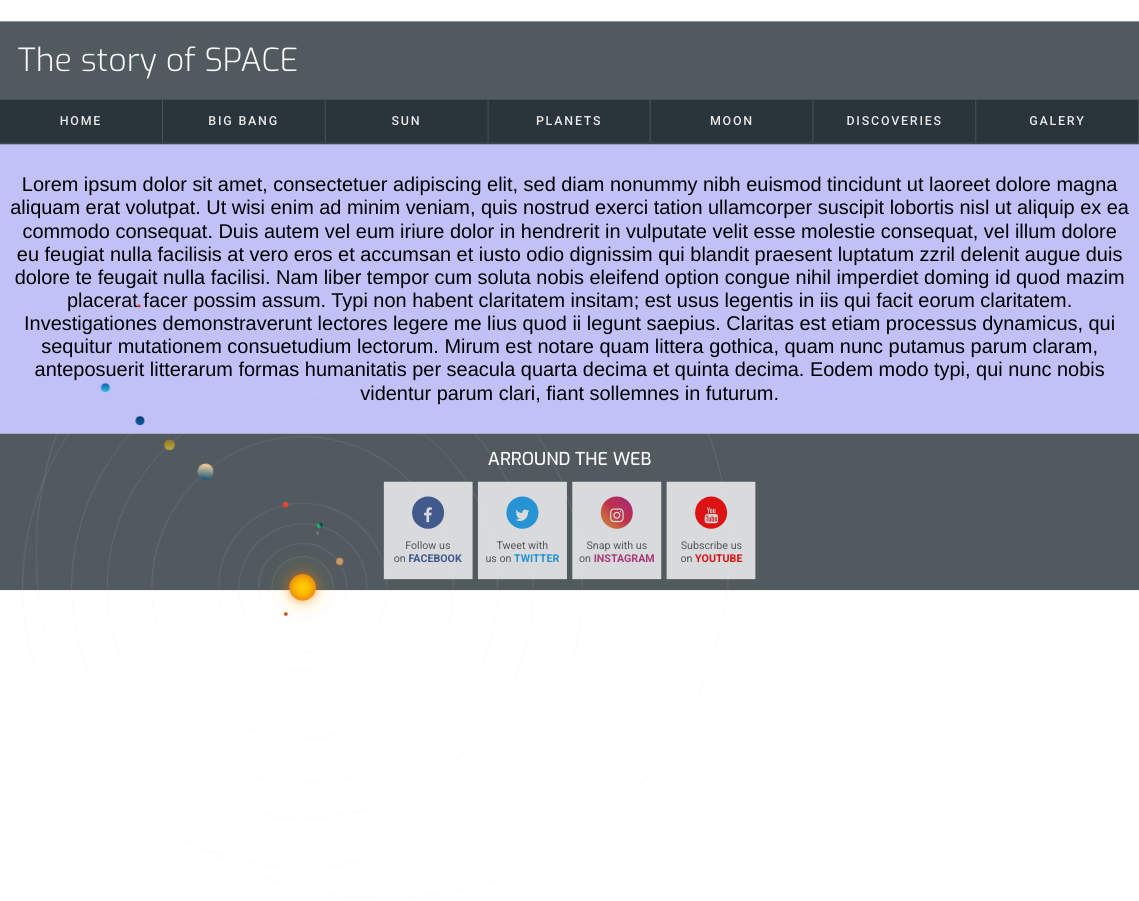
Repository: OlaQla/First-Milestones-Project
Page: index.html
The author's editor kept a record of every edit. The page is drawn from the files as they stood at one moment, then again after the next edit.
The browser window is 1280 px wide. The pictures show the whole page, at 89% of full size.
Backgrounds fixed to the window are drawn as part of the page. Some web libraries are served in a nearby version.

Above is the page before.

After the next edit:
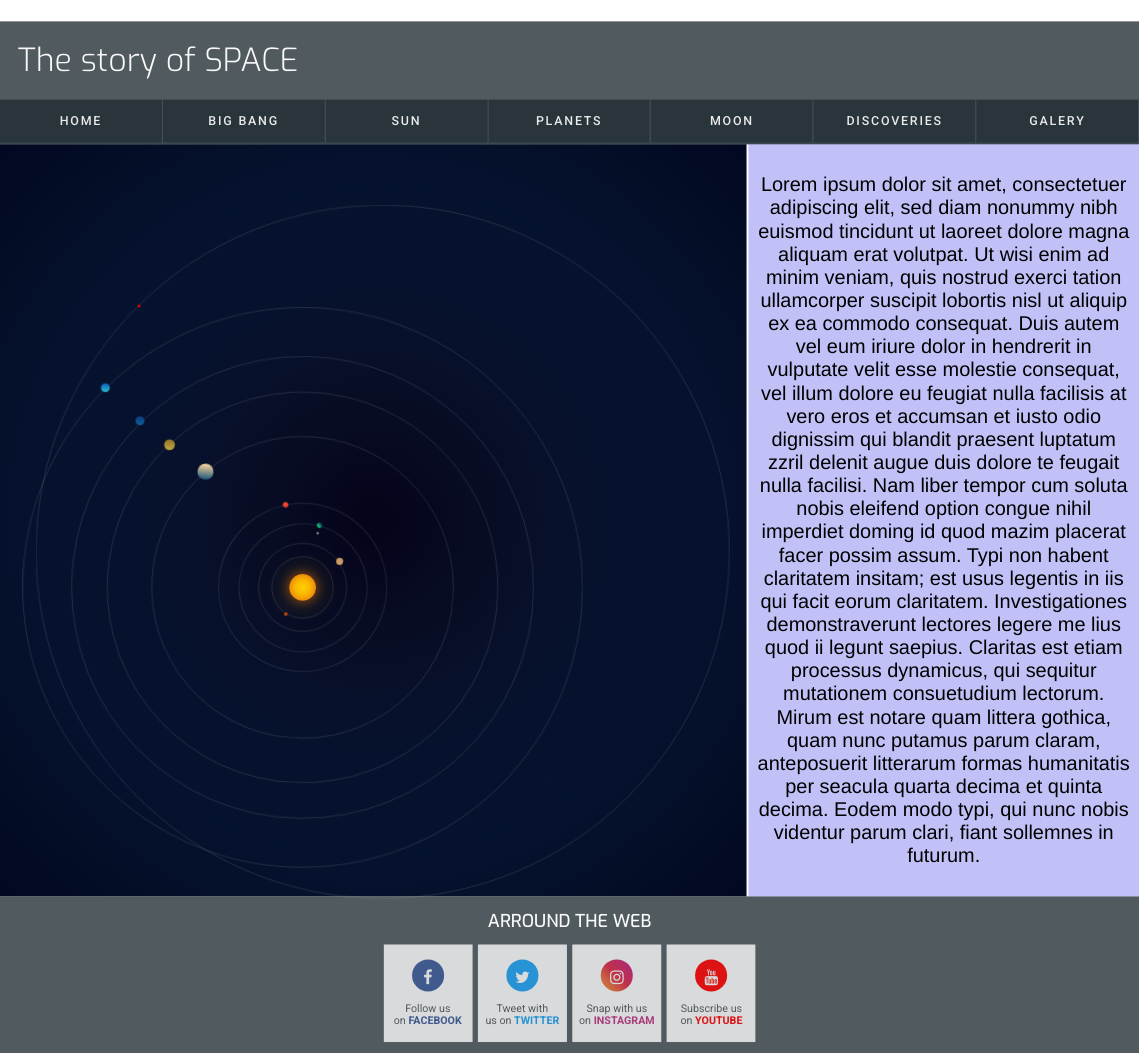
The edit:
--- a/index.html
+++ b/index.html
@@ -54,83 +54,69 @@
     </header>
 
     <section class="container">
-      <div class="column-main">
-          <div class="solar">
+        <div class="column-main">
+            <div class="solar">
 
-    <div class="sun"></div>
+                <div class="sun"></div>
 
-    <div class="mercury-orbit">
-      <div class="mercury"></div>
-    </div>
+                <div class="mercury-orbit">
+                    <div class="mercury"></div>
+                </div>
 
-    <div class="venus-orbit">
-      <div class="venus"></div>
-    </div>
+                <div class="venus-orbit">
+                    <div class="venus"></div>
+                </div>
 
-    <div class="earth-orbit">
-      <div class="earth"></div>
+                <div class="earth-orbit">
+                    <div class="earth"></div>
 
-      <div class="moon-orbit">
-        <div class="moon"></div>
-      </div>
-    </div>
+                    <div class="moon-orbit">
+                        <div class="moon"></div>
+                    </div>
+                </div>
 
-    <div class="mars-orbit">
-      <div class="mars"></div>
-    </div>
+                <div class="mars-orbit">
+                    <div class="mars"></div>
+                </div>
 
-    <div class="jupiter-orbit">
-      <div class="jupiter"></div>
-    </div>
+                <div class="jupiter-orbit">
+                    <div class="jupiter"></div>
+                </div>
 
-    <div class="saturn-orbit">
-      <div class="saturn"></div>
-    </div>
+                <div class="saturn-orbit">
+                    <div class="saturn"></div>
+                </div>
 
-    <div class="uranus-orbit">
-      <div class="uranus"></div>
-    </div>
+                <div class="uranus-orbit">
+                    <div class="uranus"></div>
+                </div>
 
-    <div class="neptune-orbit">
-      <div class="neptune"></div>
-    </div>
+                <div class="neptune-orbit">
+                    <div class="neptune"></div>
+                </div>
 
-    <div class="pluto-orbit">
-      <div class="pluto"></div>
-    </div>
+                <div class="pluto-orbit">
+                    <div class="pluto"></div>
+                </div>
 
-    <div class="asteroids-orbit">
-      <div class="asteroids"></div>
-      </div>
+                <div class="asteroids-orbit">
+                    <div class="asteroids"></div>
+                </div>
 
 
-  </div>
+            </div>
 
-      </div>
-      <div class="wrap">
-      <div class="column-sidebar">
-          <p>Lorem ipsum dolor sit amet, consectetuer adipiscing elit,
-          sed diam nonummy nibh euismod tincidunt ut laoreet dolore
-          magna aliquam erat volutpat. Ut wisi enim ad minim veniam,
-          quis nostrud exerci tation ullamcorper suscipit lobortis nisl
-          ut aliquip ex ea commodo consequat. Duis autem vel eum iriure
-          dolor in hendrerit in vulputate velit esse molestie consequat,
-          vel illum dolore eu feugiat nulla facilisis at vero eros et
-          accumsan et iusto odio dignissim qui blandit praesent luptatum
-          zzril delenit augue duis dolore te feugait nulla facilisi.
-          Nam liber tempor cum soluta nobis eleifend option congue
-          nihil imperdiet doming id quod mazim placerat facer possim
-          assum. Typi non habent claritatem insitam; est usus legentis
-          in iis qui facit eorum claritatem. Investigationes
-          demonstraverunt lectores legere me lius quod ii legunt saepius.
-          Claritas est etiam processus dynamicus, qui sequitur mutationem
-          consuetudium lectorum. Mirum est notare quam littera gothica,
-          quam nunc putamus parum claram, anteposuerit litterarum formas
-          humanitatis per seacula quarta decima et quinta decima. Eodem
-          modo typi, qui nunc nobis videntur parum clari, fiant sollemnes
-          in futurum.</p>
-      </div>
-</section>
+        </div>
+
+            <div class="column-sidebar">
+                <p>Lorem ipsum dolor sit amet, consectetuer adipiscing elit, sed diam nonummy nibh euismod tincidunt ut laoreet dolore magna aliquam erat volutpat. Ut wisi enim ad minim veniam, quis nostrud exerci tation ullamcorper suscipit lobortis nisl
+                    ut aliquip ex ea commodo consequat. Duis autem vel eum iriure dolor in hendrerit in vulputate velit esse molestie consequat, vel illum dolore eu feugiat nulla facilisis at vero eros et accumsan et iusto odio dignissim qui blandit praesent
+                    luptatum zzril delenit augue duis dolore te feugait nulla facilisi. Nam liber tempor cum soluta nobis eleifend option congue nihil imperdiet doming id quod mazim placerat facer possim assum. Typi non habent claritatem insitam; est
+                    usus legentis in iis qui facit eorum claritatem. Investigationes demonstraverunt lectores legere me lius quod ii legunt saepius. Claritas est etiam processus dynamicus, qui sequitur mutationem consuetudium lectorum. Mirum est notare
+                    quam littera gothica, quam nunc putamus parum claram, anteposuerit litterarum formas humanitatis per seacula quarta decima et quinta decima. Eodem modo typi, qui nunc nobis videntur parum clari, fiant sollemnes in futurum.</p>
+            </div>
+        </div>
+    </section>
 
     <footer>
         <div class="conteiner-footer clearfix">
